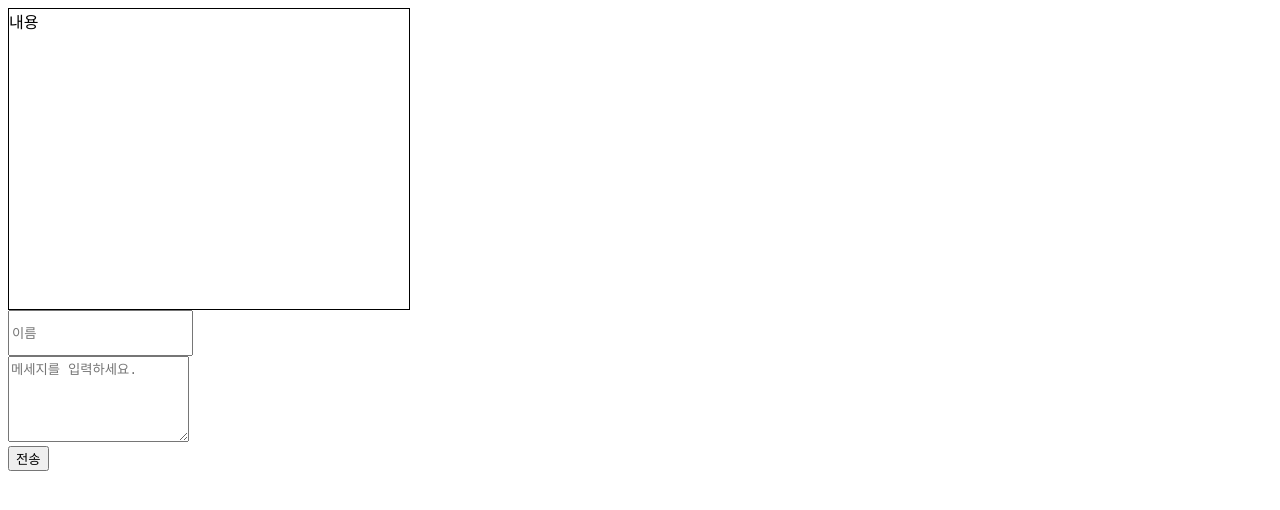
Repository: RyuJelly/211
Page: http://localhost/chat/chat.jsp
An editor plug-in stored every save of this project. The page is shown before and after the next save, followed by the edit.
The browser window is 1280 px wide. The pictures show the whole page.
The page is served by Tomcat 9. Other server files are loaded and not shown.

Above is the page before, as saved 2021-04-12 08:35:13.

### testChat/chat/WebContent/chat.jsp
<%@ page language="java" contentType="text/html; charset=UTF-8"
	pageEncoding="UTF-8"%>
<!DOCTYPE html>
<html>
<head>
<meta charset="UTF-8">
<title>채팅</title>
</head>
<body>
	<div class="container">
		<div class="textLog" style="height: 300px; width: 400px; border: solid 1px;">내용</div>
		<div class="input">
			<div>
				<input style="height: 40px;" type="text" id="chatName" name="writer"
					class="form-control" placeholder="이름" maxlength="20">
			</div>
			<div class="row" style="heigh: 90px;">
				<div class="form-group col-xs-10">
					<textarea style="height: 80px;" id="chatContent" name="contents"
						class="form-control" placeholder="메세지를 입력하세요." maxlength="100"></textarea>
				</div>
				<div class="form-group col-xs-2">
						<input type="submit" value="전송">
					<div class="clearfix"></div>
				</div>
			</div>
		</div>
	</div>
</body>
</html>

After the next save:
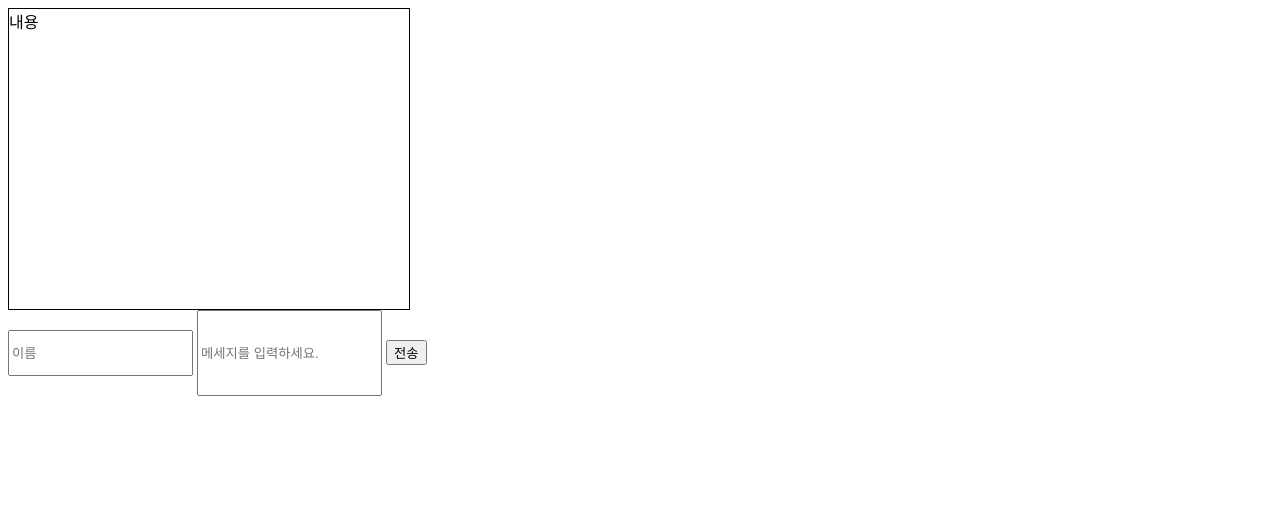
Saved 2 min 58 s later.
--- a/testChat/chat/WebContent/chat.jsp
+++ b/testChat/chat/WebContent/chat.jsp
@@ -11,18 +11,22 @@
 		<div class="textLog" style="height: 300px; width: 400px; border: solid 1px;">내용</div>
 		<div class="input">
 			<div>
-				<input style="height: 40px;" type="text" id="chatName" name="writer"
-					class="form-control" placeholder="이름" maxlength="20">
+
 			</div>
 			<div class="row" style="heigh: 90px;">
-				<div class="form-group col-xs-10">
-					<textarea style="height: 80px;" id="chatContent" name="contents"
-						class="form-control" placeholder="메세지를 입력하세요." maxlength="100"></textarea>
-				</div>
-				<div class="form-group col-xs-2">
-						<input type="submit" value="전송">
-					<div class="clearfix"></div>
-				</div>
+				<form action="">
+					<input style="height: 40px;" type="text" id="chatName" name="writer"
+					class="form-control" placeholder="이름" maxlength="20">
+					<input style="height: 80px;" id="chatContent" name="contents"
+						class="form-control" placeholder="메세지를 입력하세요." maxlength="100">
+					<input type="submit" value="전송">
+				</form>
+
+
+
+
+
+
 			</div>
 		</div>
 	</div>
